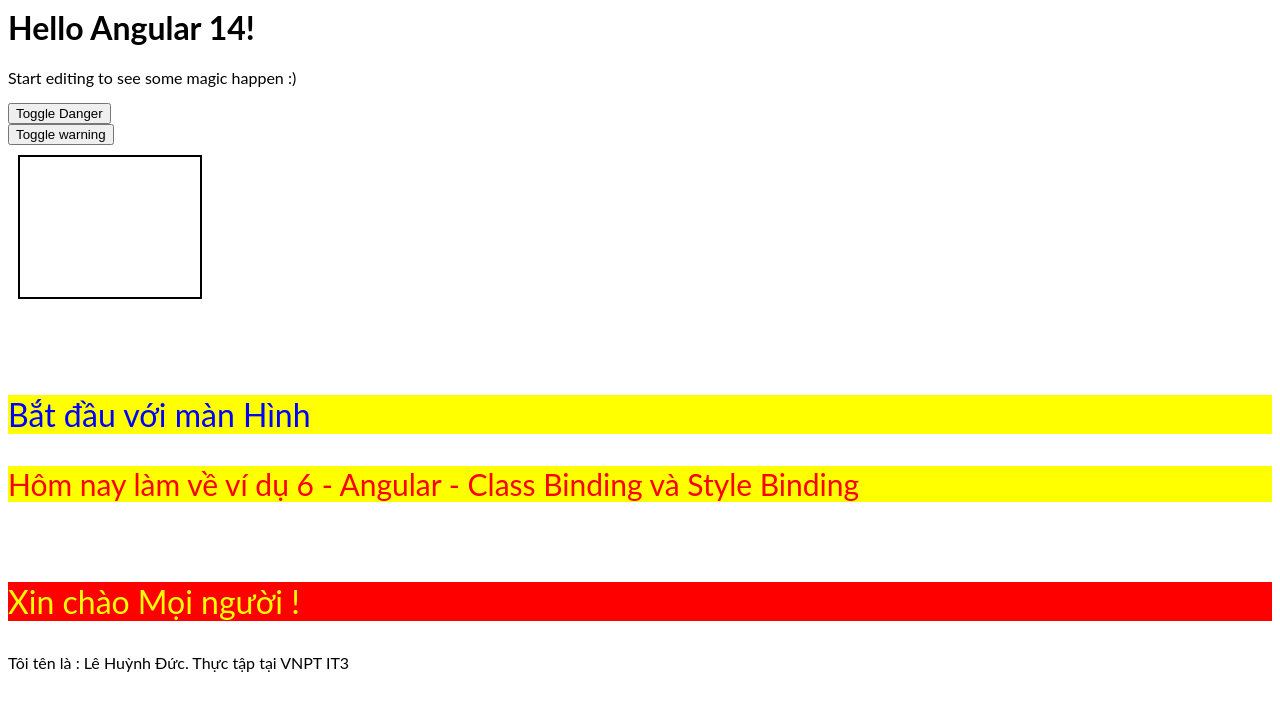
Repository: leduc24/baitap-angular100day
Page: / (app in angular_bai6/)
An editor plug-in stored every save of this project. The page is shown before and after the next save, followed by the edit.
The browser window is 1280 px wide. The pictures show the whole page.
The project was rebuilt for these pictures with package versions that can differ from the ones it lists, and the page was loaded fresh each time. Also part of the build but not shown: angular_bai6/angular.json.

Above is the page before, as saved 2022-07-03 17:56:03.

### angular_bai6/src/styles.css
/* Add application styles & imports to this file! */
:root{
    --text-color: red
}

### angular_bai6/src/app/app.component.ts
import { Component, VERSION } from '@angular/core';

@Component({
  selector: 'my-app',
  templateUrl: './app.component.html',
  styleUrls: [ './app.component.css' ]
})
export class AppComponent  {
  name = 'Angular ' + VERSION.major;

  isDanger = false;
  isWarning = false;

}

### angular_bai6/src/app/app.component.html
<hello name="{{ name }}"></hello>
<p>
  Start editing to see some magic happen :)
</p>
<!-- Bài 6 : Tìm Hiểu : cả 2 dạng này là dataBinding : Thay đổi hiển thị
        Class Binding
        Style Binding


  <p class = "foo" style = "color: red ">
      Hello! Bài tập Angular_bai6
</p>
-->
<button (click) = "isDanger = !isDanger"> Toggle Danger</button>
<br>
<button (click) = "isWarning = !isWarning "> Toggle warning</button>
<!--
 - [class.ten-class]
 - [class] = "array"
 - [class] = "object" {[ten-class: string : boolean]}
 - [class] = "variable"

 Dùng array: <div class = "box" [class] = "['red-border','yellow-background']"></div>
 Dùng Object: <div class = "box" [class] = "{'red-border': isDanger, 'yellow-background': isWarning}"></div>
 Dùng classes: <div [class] = "classes" ></div>


-->
<div class = "box" [class.red-border] = "isDanger" [class.yellow-background] = "isWarning"></div>
<br> <br> <br>
<!--
  - [style.tenStyle]
  - [style.ten-style]
  - [style.tenStyle.unit]
  - [style] = "object"
  - [style.css-variable]

-->
<p [style.--text-color]="isDanger ? 'red' : 'blue' "
 [style] = "{color: 'var(--text-color)', backgroundColor: 'yellow', fontSize: '2em'}">
  Bắt đầu với màn Hình
</p>
<p [style.color] = "'red'" [style.backgroundColor] = "'yellow'" [style.fontSize.px] = "30">
 Hôm nay làm về ví dụ 6 - Angular - Class Binding và Style Binding
</p>
<br>
<p [style] = "{color: 'yellow', backgroundColor: 'red', fontSize: '2rem' }" >
  Xin chào Mọi người !
</p>
<p style="color:black" >
 Tôi tên là : Lê Huỳnh Đức. Thực tập tại VNPT IT3
</p>

### angular_bai6/src/app/app.component.css
p {
  font-family: Lato;
}

.box {
  width: 100px;
  height: 100px;
  padding: 20px 40px;
  margin: 10px;
  border: 2px solid black;
}

.red-border {
  border: 2px solid red;
}
.yellow-background {
  background: yellow;
}

Loaded but not shown: angular_bai6/src/index.html (common file); angular_bai6/src/main.ts (common file); angular_bai6/src/polyfills.ts (common file); angular_bai6/src/app/app.module.ts (common file); angular_bai6/src/app/hello.component.ts (common file)

After the next save:
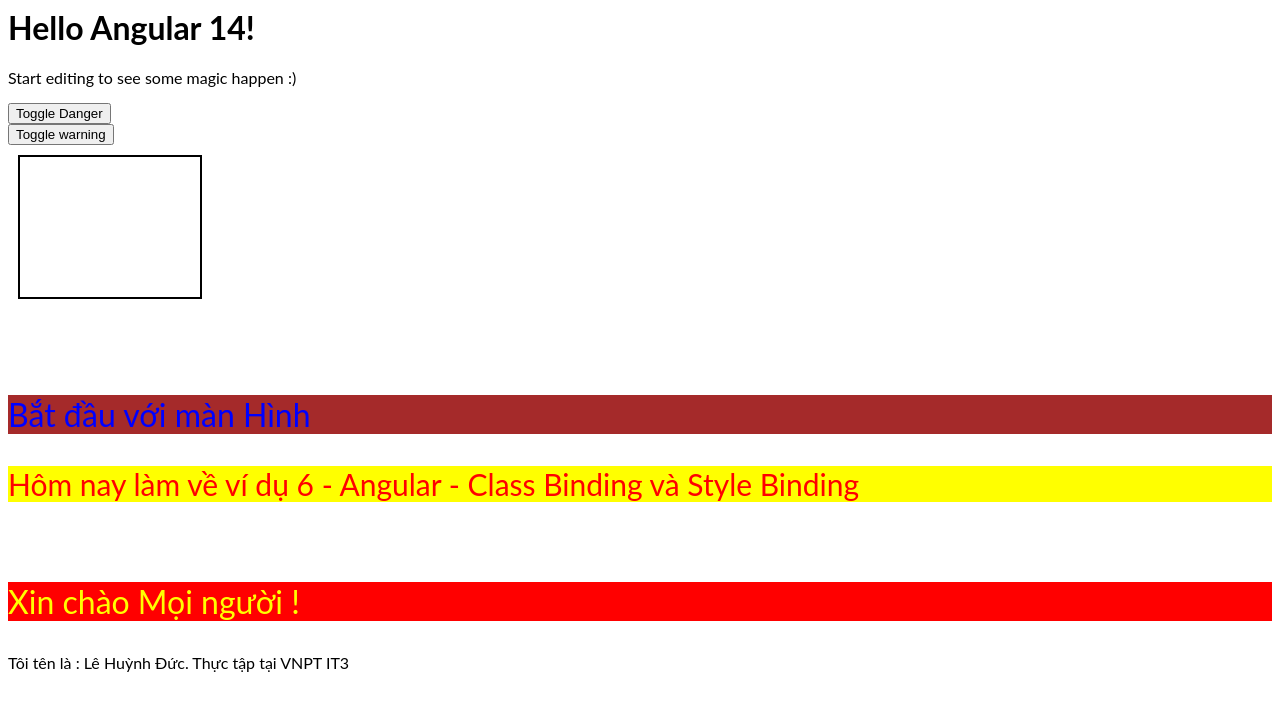
Saved 60 s later.
--- a/angular_bai6/src/app/app.component.html
+++ b/angular_bai6/src/app/app.component.html
@@ -37,7 +37,7 @@
 
 -->
 <p [style.--text-color]="isDanger ? 'red' : 'blue' "
- [style] = "{color: 'var(--text-color)', backgroundColor: 'yellow', fontSize: '2em'}">
+ [style] = "{color: 'var(--text-color)', backgroundColor: 'brown', fontSize: '2em'}">
   Bắt đầu với màn Hình
 </p>
 <p [style.color] = "'red'" [style.backgroundColor] = "'yellow'" [style.fontSize.px] = "30">
